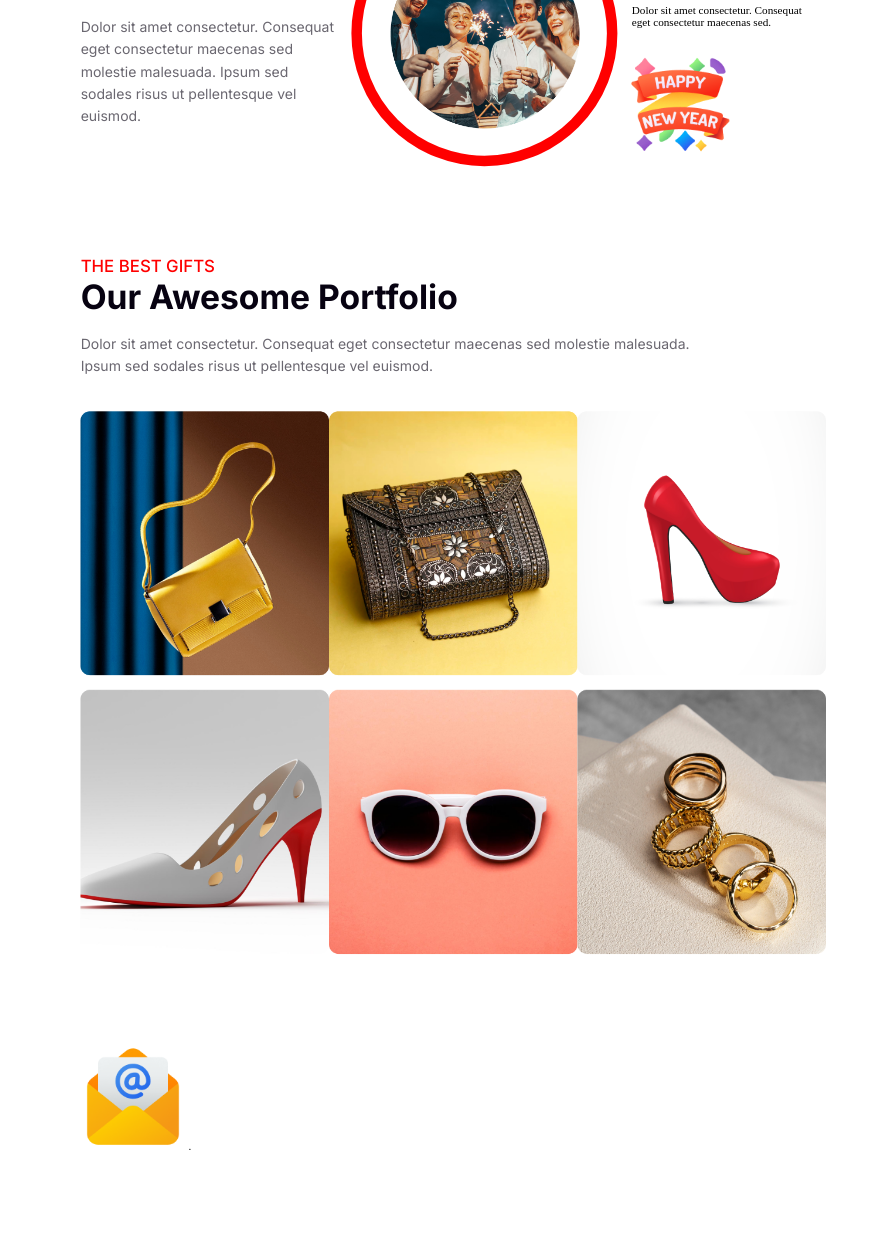
Repository: rahmatahmedrifat/First-Assignment
Page: index.html
These files come from the project's save history. The page is drawn as it stood at one moment and after the next save; the edit follows.
The browser window is 1280 px wide. The pictures show the part of the page from y = 3048 to 4968 px (the page is 4823 px tall before and 4968 px after), at 70% of full size.

Above is the page before, as saved 2024-01-08 18:40:33.

After the next save:
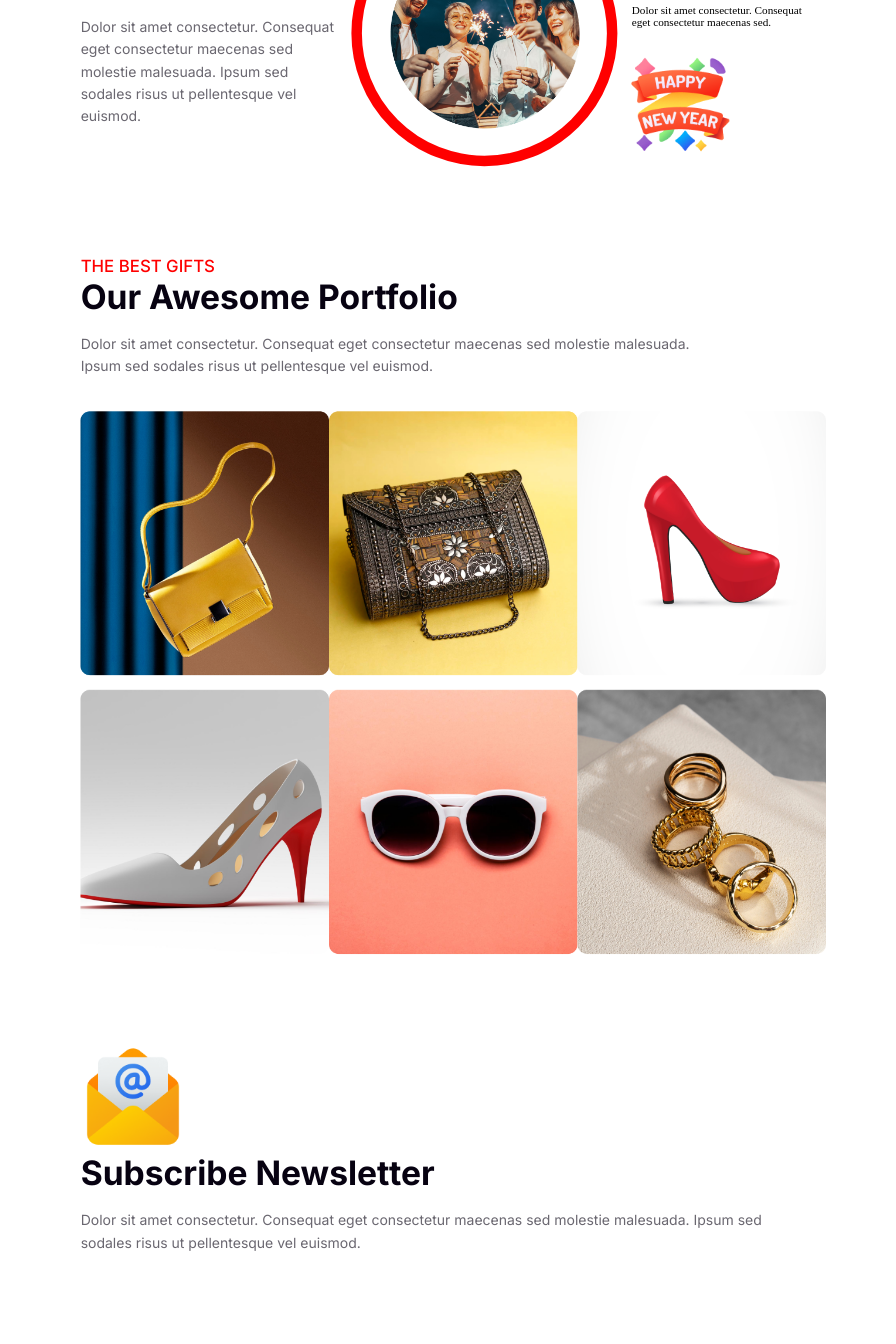
Saved 119 s later.
--- a/index.html
+++ b/index.html
@@ -115,7 +115,9 @@
                 <div class="container">
                     <div class="news-content">
                         <img src="images/icon/Group 61.png" alt="">
-                        .
+                        <h3 class="similer-title">Subscribe Newsletter</h3>
+                        <p class="similer-description">Dolor sit amet consectetur. Consequat eget consectetur maecenas sed molestie malesuada. Ipsum sed sodales risus ut pellentesque vel euismod. </p>
+
                     </div>
                 </div>
             </section>
